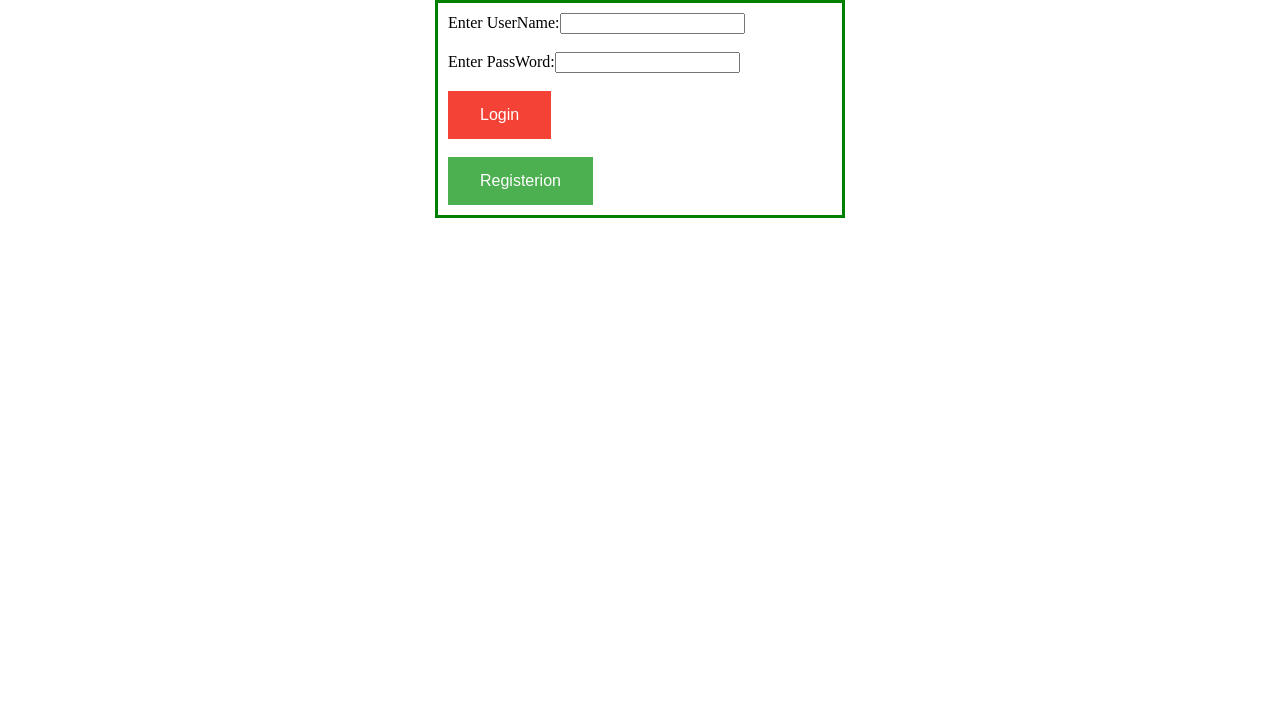
Repository: srikanthModugu/jdbc-servlet-jsp
Page: SutudentRegistration/WebContent/LoginPage.html
These files come from the project's save history. The page is drawn as it stood at one moment and after the next save; the edit follows.
The browser window is 1280 px wide. The pictures show the whole page.

Above is the page before, as saved 2017-10-02 14:22:58.

### SutudentRegistration/WebContent/LoginPage.html
<!DOCTYPE html>
<html>
<head>
<style type="text/css">
.button {
    background-color: #4CAF50; /* Green */
    border: none;
    color: white;
    padding: 15px 32px;
    text-align: center;
    text-decoration: none;
    display: inline-block;
    font-size: 16px;
}
 .center {
    margin: auto;
    width: 30%;
    border: 3px solid green;
    padding: 10px;
    top: 20px;
}
.button1 {background-color: #f44336;}
</style>
<meta charset="UTF-8">
<title>Insert title here</title>
</head>

<body class="center" >
<form action="login" method="get">

Enter UserName:<input type="text" name="Uname"/><br><br>
Enter PassWord:<input type="text" name="passWord"/><br><br>
 <input class="button button1" type="submit" value="Login"/><br><br>
  <button class="button" type="submit" formaction="Registration.html">Registerion</button>

</form>

</body>
</html>

After the next save:
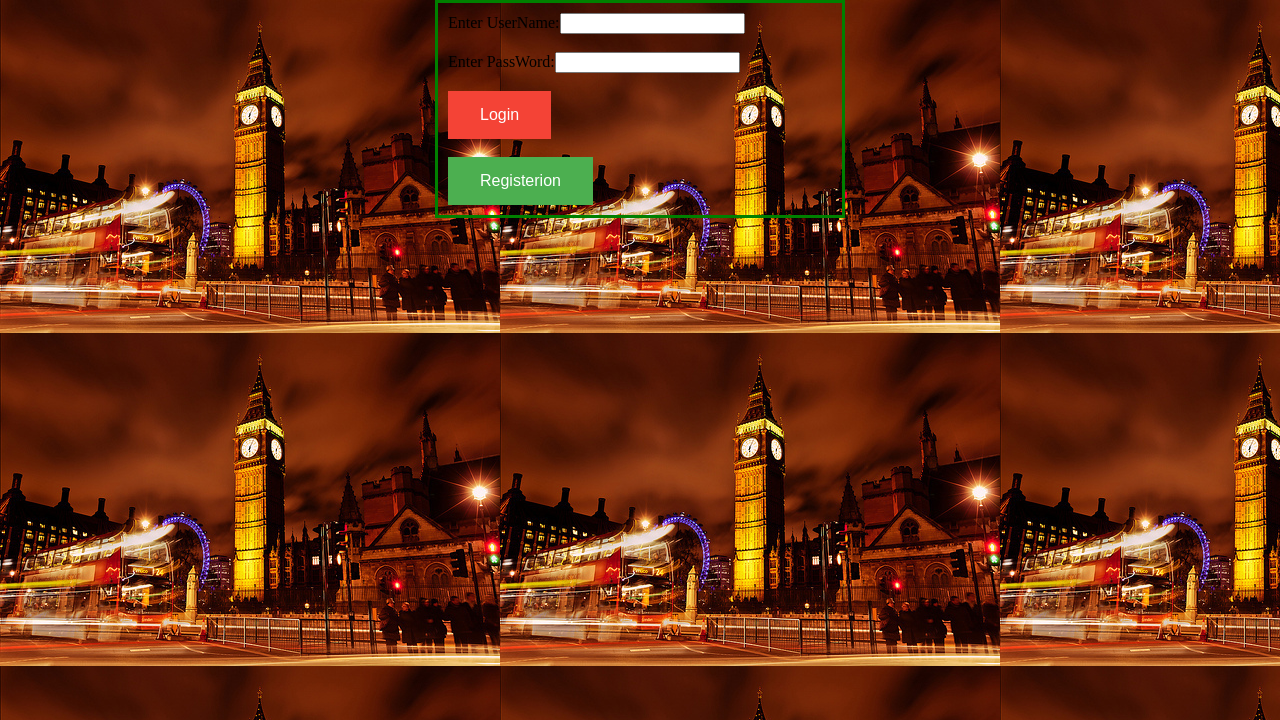
Saved 8 min 3 s later.
--- a/SutudentRegistration/WebContent/LoginPage.html
+++ b/SutudentRegistration/WebContent/LoginPage.html
@@ -25,7 +25,7 @@
 <title>Insert title here</title>
 </head>
 
-<body class="center" >
+<body class="center" background="fristBg.jpg">
 <form action="login" method="get">
 
 Enter UserName:<input type="text" name="Uname"/><br><br>

After the save that followed:
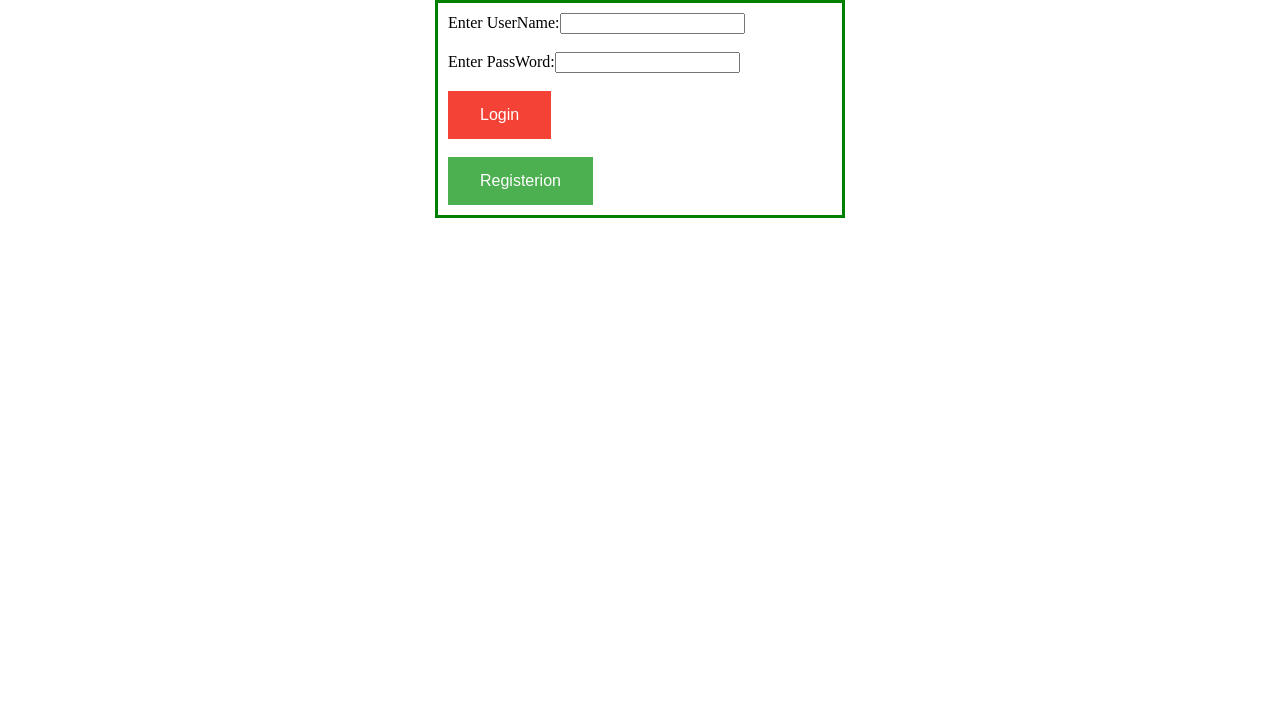
Not found: SutudentRegistration/WebContent/secondBg.jpg
Saved 49 s later.
--- a/SutudentRegistration/WebContent/LoginPage.html
+++ b/SutudentRegistration/WebContent/LoginPage.html
@@ -25,7 +25,7 @@
 <title>Insert title here</title>
 </head>
 
-<body class="center" background="fristBg.jpg">
+<body class="center" background="secondBg.jpg">
 <form action="login" method="get">
 
 Enter UserName:<input type="text" name="Uname"/><br><br>
